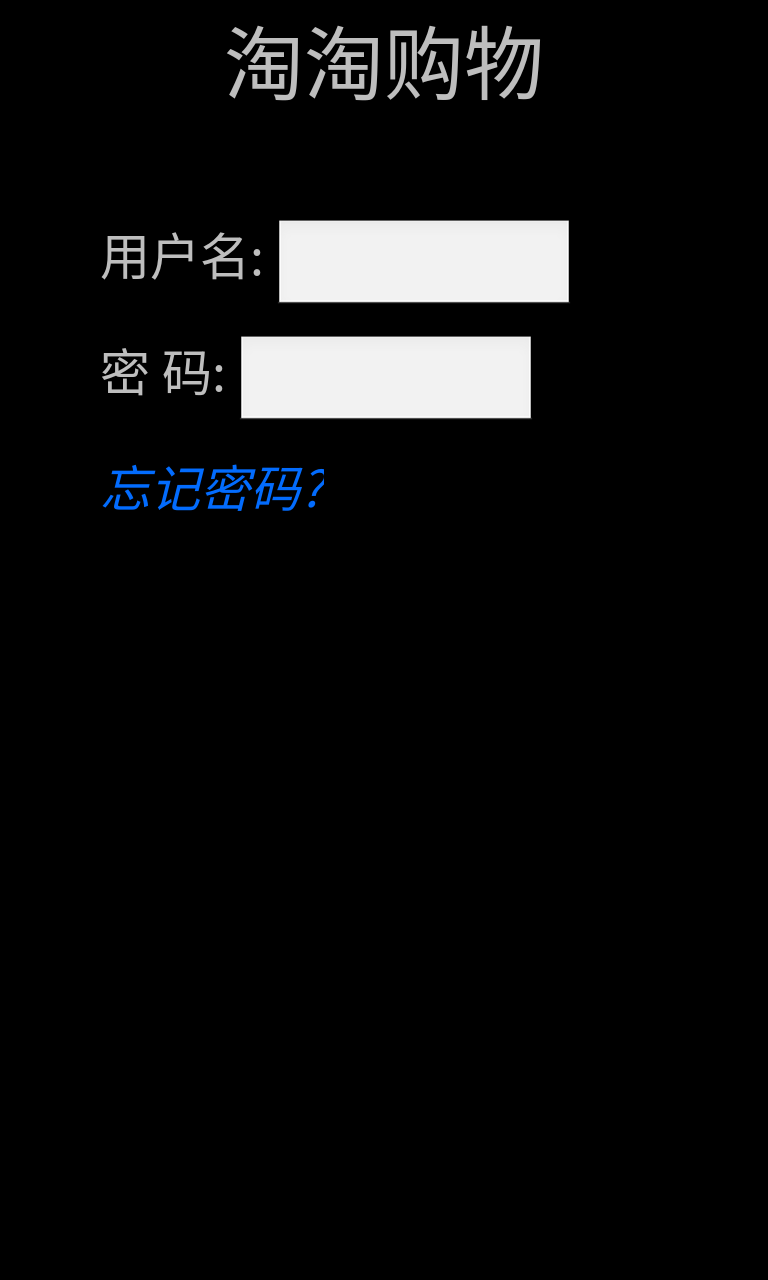
Repository: jcyfkimi/Android-TaoTao
Layout: TaoTao/res/layout/login.xml
The author's editor kept a copy of each file at every save. The layout is drawn from the files as they stood at one save, then again after the next save.
It is drawn on a 768 x 1280 px phone screen (xhdpi) without system bars, with theme android:Theme; the app's code is not run.

Above is the layout before, as saved 2011-09-13 06:23:41.

### TaoTao/res/layout/login.xml
<?xml version="1.0" encoding="utf-8"?>
<LinearLayout xmlns:android="http://schemas.android.com/apk/res/android"
    android:orientation="vertical"
    android:layout_width="fill_parent"
    android:layout_height="fill_parent"
    >
    <TextView android:layout_width="wrap_content"
    	android:layout_height="wrap_content"
    	android:text="@string/indexhead"
    	android:textSize="40dip"
    	android:layout_gravity="center_horizontal"/>
	<LinearLayout xmlns:android="http://schemas.android.com/apk/res/android"
	    android:orientation="horizontal"
	    android:layout_width="wrap_content"
	    android:layout_height="wrap_content"
	    >
	    <TextView android:layout_width="wrap_content"
	    	android:layout_height="wrap_content"
	    	android:layout_marginLeft="50dip"
	    	android:layout_marginTop="50dip"
	    	android:text="@string/logintext"
	    	android:textSize="25dip"/>
	    <EditText android:id="@+id/uname"
	    	android:layout_width="150dip"
	    	android:layout_height="wrap_content"
	    	android:layout_marginTop="50dip"
	    	android:layout_marginLeft="5dip"
	    	/>
	    </LinearLayout>

	<LinearLayout xmlns:android="http://schemas.android.com/apk/res/android"
	    android:orientation="horizontal"
	    android:layout_width="wrap_content"
	    android:layout_height="wrap_content"
	    >
	    <TextView android:layout_width="wrap_content"
	    	android:layout_height="wrap_content"
	    	android:layout_marginLeft="50dip"
	    	android:layout_marginTop="10dip"
	    	android:text="@string/passtext"
	    	android:textSize="25dip"/>
	    <EditText android:id="@+id/upass"
	    	android:layout_width="150dip"
	    	android:layout_height="wrap_content"
	    	android:layout_marginTop="10dip"
	    	android:layout_marginLeft="5dip"
	    	/>
	    </LinearLayout>

	<LinearLayout xmlns:android="http://schemas.android.com/apk/res/android"
	    android:orientation="horizontal"
	    android:layout_width="wrap_content"
	    android:layout_height="wrap_content"
	    >
	    <TextView android:layout_width="wrap_content"
	    	android:layout_height="wrap_content"
	    	android:layout_marginLeft="50dip"
	    	android:layout_marginTop="10dip"
	    	android:text="@string/forgetpass"
	    	android:textSize="25dip"
	    	android:textStyle="italic"
	    	android:textColor="#036CFE"/>

	    </LinearLayout>
</LinearLayout>

### TaoTao/res/values/strings.xml
<?xml version="1.0" encoding="utf-8"?>
<resources>
    <string name="hello">Hello World, LoginActivity!</string>
    <string name="app_name">TaoTao</string>
    <string name="logintext">用户名:</string>
    <string name="passtext">密    码:</string>
    <string name="forgetpass">忘记密码?</string>
    <string name="indexhead">淘淘购物</string>
</resources>

After the next save:
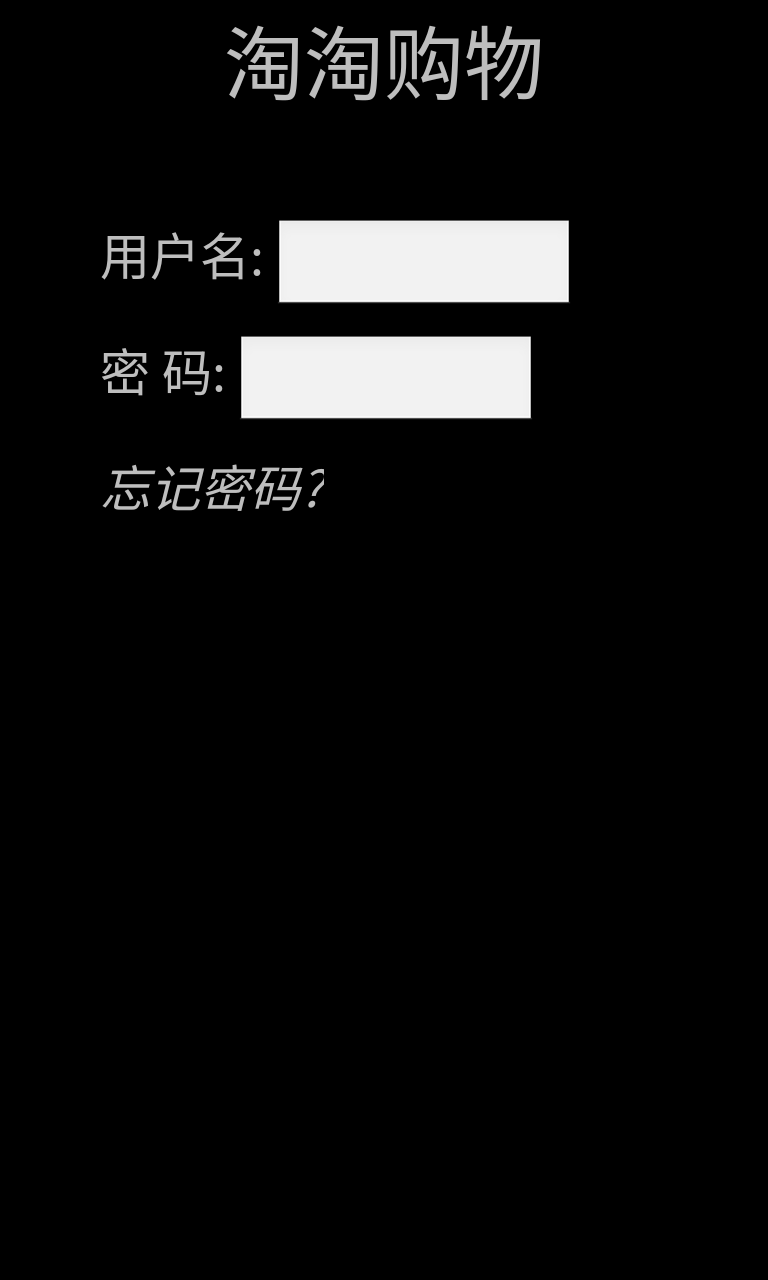
Saved 6 s later.
--- a/TaoTao/res/layout/login.xml
+++ b/TaoTao/res/layout/login.xml
@@ -59,7 +59,7 @@
 	    	android:text="@string/forgetpass"
 	    	android:textSize="25dip"
 	    	android:textStyle="italic"
-	    	android:textColor="#036CFE"/>
+	    	/>
 
 	    </LinearLayout>
 </LinearLayout>
